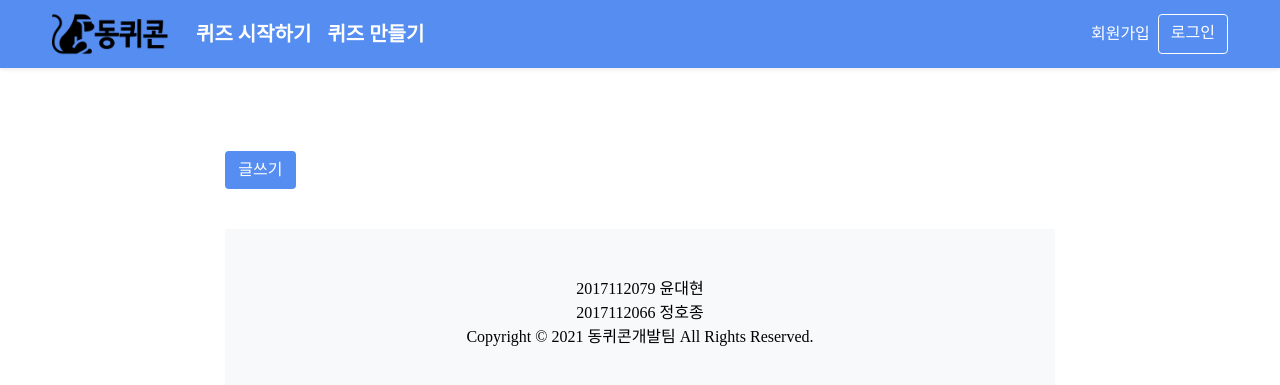
Repository: eogus0512/Quiz_WebProject
Page: http://localhost/Quiz_WebProject/board.jsp
An editor plug-in stored every save of this project. The page is shown before and after the next save, followed by the edit.
The browser window is 1280 px wide. The pictures show the whole page.
Some web fonts or font styles are not loaded; a fallback is used. The page is served by Tomcat 9. Queries for data that is not in the repository find no rows.

Above is the page before, as saved 2021-12-11 10:28:36.

After the next save:
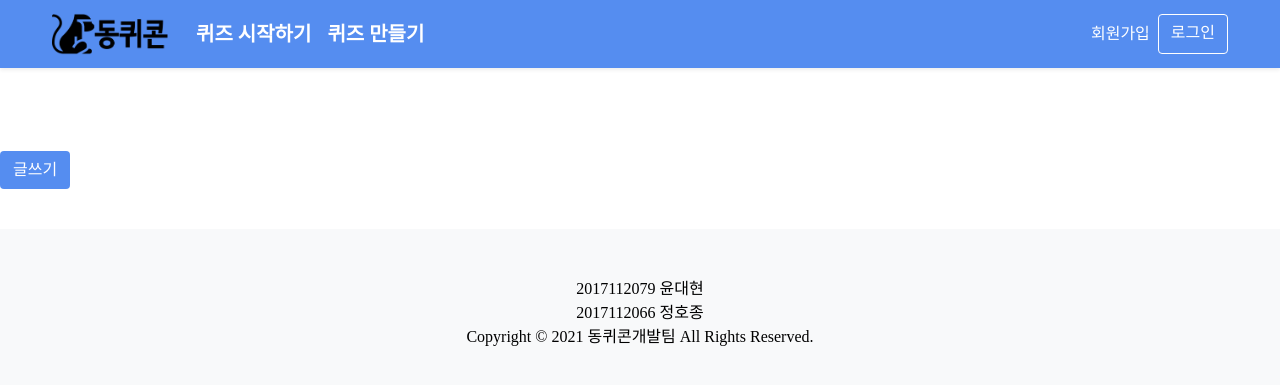
Saved 3 min 45 s later.
--- a/Quiz_WebProject/WebContent/board.jsp
+++ b/Quiz_WebProject/WebContent/board.jsp
@@ -73,41 +73,41 @@
 
 <div class="row mb-3">
 	<%
-				for (int i = 0; i < list.size(); i++) {
+		for (int i = 0; i < list.size(); i++) {
 	%>
-	    <div class="col-md-4">
-      <div class="row g-0 border rounded overflow-hidden flex-md-row mb-4 shadow-sm h-md-250 position-relative">
-        <div class="col p-4 d-flex flex-column position-static">
-          <strong class="d-inline-block mb-2 text-primary"><%=list.get(i).postNum%></strong>
-          <div class="d-flex justify-content-between align-items-center">
-                <h3 class="mb-0"><%=list.get(i).header%></h3>
-                <small class="text-muted"><%=list.get(i).nickName%></small>
-              </div>
+	<div class="col-md-4">
+ 		<div class="row g-0 border rounded overflow-hidden flex-md-row mb-4 shadow-sm h-md-250 position-relative">
+   			<div class="col p-4 d-flex flex-column position-static">
+     			<strong class="d-inline-block mb-2 text-primary"><%=list.get(i).postNum%></strong>
+				<div class="d-flex justify-content-between align-items-center">
+      				<h3 class="mb-0"><%=list.get(i).header%></h3>
+					<small class="text-muted"><%=list.get(i).nickName%></small>
+    			</div>
+			<div style="height:100px;">
+				<p class="card-text mb-auto"><%=list.get(i).content%></p>
+			</div>
+			<div class="d-flex justify-content-between align-items-center">
+			<%
+				String nickName= list.get(i).nickName;
+				if(nickName.equals(session.getAttribute("NickName"))) {
+			%>
+				<a href="">삭제</a>
+			<%
+				} else {
+			%>
+				<a style="font-color:white;"></a>
+			<%
+				}
+			%>
+				<small class="text-muted"><%=list.get(i).postedDate%></small>
+			</div>
+		</div>
+	</div>
+	<%
+		}
+	%>
+</div>
 
-          <div style="height:100px;">
-          	<p class="card-text mb-auto"><%=list.get(i).content%></p>
-          </div>
-          <div class="d-flex justify-content-between align-items-center">
-          <%
-          	String nickName= list.get(i).nickName;
-          	if(nickName.equals(session.getAttribute("NickName"))) {
-          %>
-                <a href="">삭제</a>
-                <%
-				} else {
-                %>
-                	<a style="font-color:white;"></a>
-                <%
-				}
-                %>
-                <small class="text-muted"><%=list.get(i).postedDate%></small>
-              </div>
-        </div>
-      </div>
-    </div>
-			<%
-			}
-			%>
 			</div>
 	<button type="button"  data-bs-toggle="modal" data-bs-target="#wrtPost" class="btn mb-3" style="background-color:#558DF0; color:white;">글쓰기</button>
 	<div class="modal fade" id="wrtPost" tabindex="-1" aria-labelledby="exampleModalLabel" aria-hidden="true">
@@ -124,7 +124,7 @@
                         <input type="text" class="form-control col-md-9 ms-auto" name="header" id="header" style="width:350px" required>
                     </div>
                     <div class="mb-3 d-flex">
-                        <label for="contents" class="col-form-label col-md-3">후기</label>
+                        <label for="contents" class="col-form-label col-md-3">내용</label>
                         <textarea class="form-control col-md-9 ms-auto" name="contents" id="contents" style="width:350px" required></textarea>
                     </div>
                 </div>

After the save that followed:
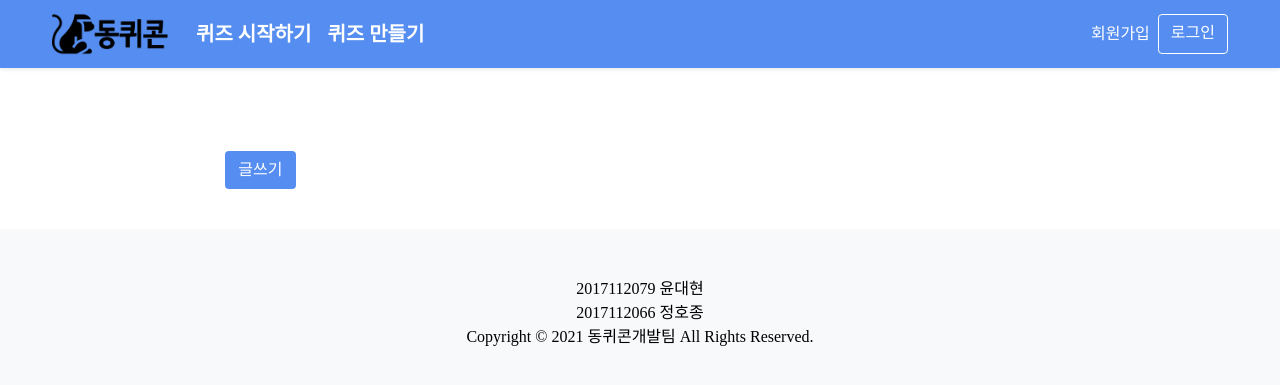
Saved 31 s later.
--- a/Quiz_WebProject/WebContent/board.jsp
+++ b/Quiz_WebProject/WebContent/board.jsp
@@ -71,44 +71,42 @@
 		ArrayList<BoardDTO> list = BoardDAO.getPostList();
 	%>
 
-<div class="row mb-3">
-	<%
-		for (int i = 0; i < list.size(); i++) {
-	%>
-	<div class="col-md-4">
- 		<div class="row g-0 border rounded overflow-hidden flex-md-row mb-4 shadow-sm h-md-250 position-relative">
-   			<div class="col p-4 d-flex flex-column position-static">
-     			<strong class="d-inline-block mb-2 text-primary"><%=list.get(i).postNum%></strong>
+	<div class="row mb-3">
+		<%
+			for (int i = 0; i < list.size(); i++) {
+		%>
+		<div class="col-md-4">
+	 		<div class="row g-0 border rounded overflow-hidden flex-md-row mb-4 shadow-sm h-md-250 position-relative">
+	   			<div class="col p-4 d-flex flex-column position-static">
+	     			<strong class="d-inline-block mb-2 text-primary"><%=list.get(i).postNum%></strong>
+					<div class="d-flex justify-content-between align-items-center">
+	      				<h3 class="mb-0"><%=list.get(i).header%></h3>
+						<small class="text-muted"><%=list.get(i).nickName%></small>
+	    			</div>
+				<div style="height:100px;">
+					<p class="card-text mb-auto"><%=list.get(i).content%></p>
+				</div>
 				<div class="d-flex justify-content-between align-items-center">
-      				<h3 class="mb-0"><%=list.get(i).header%></h3>
-					<small class="text-muted"><%=list.get(i).nickName%></small>
-    			</div>
-			<div style="height:100px;">
-				<p class="card-text mb-auto"><%=list.get(i).content%></p>
-			</div>
-			<div class="d-flex justify-content-between align-items-center">
-			<%
-				String nickName= list.get(i).nickName;
-				if(nickName.equals(session.getAttribute("NickName"))) {
-			%>
-				<a href="">삭제</a>
-			<%
-				} else {
-			%>
-				<a style="font-color:white;"></a>
-			<%
-				}
-			%>
-				<small class="text-muted"><%=list.get(i).postedDate%></small>
+				<%
+					String nickName= list.get(i).nickName;
+					if(nickName.equals(session.getAttribute("NickName"))) {
+				%>
+					<a href="">삭제</a>
+				<%
+					} else {
+				%>
+					<a style="font-color:white;"></a>
+				<%
+					}
+				%>
+					<small class="text-muted"><%=list.get(i).postedDate%></small>
+				</div>
 			</div>
 		</div>
+		<%
+			}
+		%>
 	</div>
-	<%
-		}
-	%>
-</div>
-
-			</div>
 	<button type="button"  data-bs-toggle="modal" data-bs-target="#wrtPost" class="btn mb-3" style="background-color:#558DF0; color:white;">글쓰기</button>
 	<div class="modal fade" id="wrtPost" tabindex="-1" aria-labelledby="exampleModalLabel" aria-hidden="true">
     <div class="modal-dialog modal-dialog-centered">
@@ -135,6 +133,8 @@
             </form>
         </div>
     </div>
+</div>
+
 
 
 </div>
